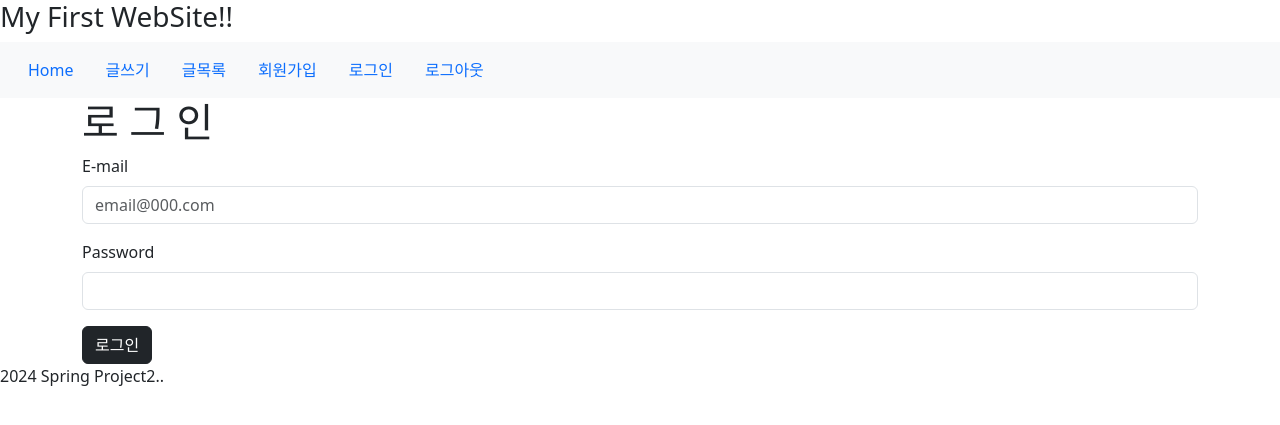
Repository: nefer2/Spring_Study
Page: http://localhost/spring_test2/WEB-INF/views/member/login.jsp
The author's editor kept a copy of each file at every save. The page is drawn from the files as they stood at one save, then again after the next save.
The browser window is 1280 px wide. The pictures show the whole page.
The page is served by Tomcat 9. Nobody is signed in. The template is opened directly, without the code that normally fills it, so the values that code supplies are empty.

Above is the page before, as saved 2024-01-15 04:18:58.

After the next save:
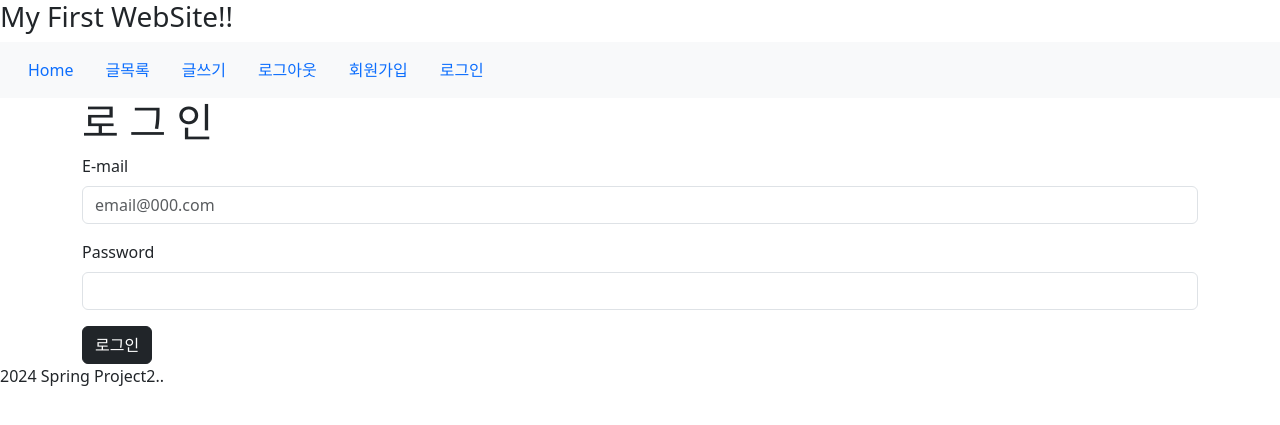
Saved 2 min 16 s later.
--- a/spring_test2/src/main/webapp/WEB-INF/views/layout/navbar.jsp
+++ b/spring_test2/src/main/webapp/WEB-INF/views/layout/navbar.jsp
@@ -17,16 +17,12 @@
           <a class="nav-link active" href="/">Home</a>
         </li>
         <li class="nav-item">
-          <a class="nav-link" href="/board/register">글쓰기</a>
-        </li>
-        <li class="nav-item">
           <a class="nav-link" href="/board/list">글목록</a>
         </li>
-             <li class="nav-item">
-          <a class="nav-link" href="/member/register">회원가입</a>
-        </li>
+
+        <!-- 현재 인증한 사용자의 정보를 가져와서 해당 권한이 있는지 체크-->
         <li class="nav-item">
-          <a class="nav-link" href="/member/login">로그인</a>
+          <a class="nav-link" href="/board/register">글쓰기</a>
         </li>
         <li class="nav-item">
           <a class="nav-link" href="#" id="logoutLink">로그아웃</a>
@@ -36,6 +32,13 @@
 
           </form>
         </li>
+
+        <li class="nav-item">
+          <a class="nav-link" href="/member/register">회원가입</a>
+        </li>
+        <li class="nav-item">
+          <a class="nav-link" href="/member/login">로그인</a>
+        </li>
       </ul>
     </div>
   </div>
